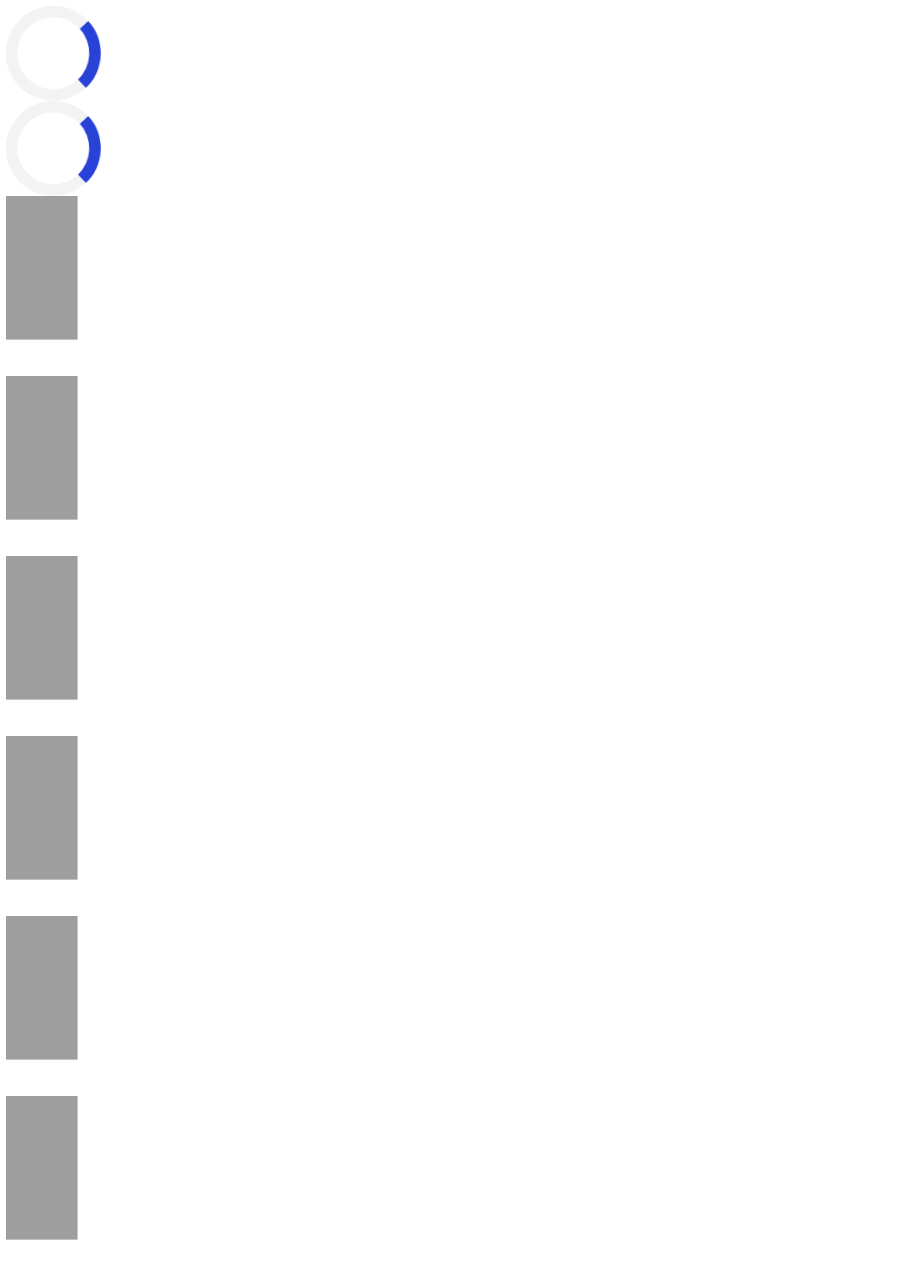
Repository: 1166544/c-toural
Page: packages/test.html
The author's editor kept a copy of each file at every save. The page is drawn from the files as they stood at one save, then again after the next save.
The browser window is 1280 px wide. The pictures show the whole page, at 72% of full size.
Pictures or frames that could not be fetched are drawn as grey boxes.

Above is the page before, as saved 2021-01-04 11:23:23.

### packages/test.html
<!DOCTYPE html>

<head>
    <meta charset="UTF-8">
    <title>xxds</title>
    <style>
        .image-item {
            display: block;
            margin-bottom: 50px;
            height: 200px;
            width: 100px;
        }
        .rotate-animate {
            border: 16px solid #f3f3f3;
            border-radius: 50%;
            border-top: 16px solid #2842d8;
            width: 100px;
            height: 100px;
            animation: rotate 2s linear infinite;
        }
        .rotate-animate .fill-color {
            margin-left: 20px;
            border-color: #2842d8 #d1b516 #cf4928 #27c965;
        }
        @keyframes rotate {
            0% {
                transform: rotate(0deg);
            }
            100% {
                transform: rotate(100deg);
            }
        }
    </style>
</head>

<body>
    <div class="rotate-animate"></div>
    <div class="rotate-animate fill-color"></div>
    <img src="" class="image-item" lazyload="true" data-original="https://box.bdimg.com/static/fisp_static/common/img/searchbox/logo_news_276_88_1f9876a.png">
    <img src="" class="image-item" lazyload="true" data-original="https://box.bdimg.com/static/fisp_static/common/img/searchbox/logo_news_276_88_1f9876a.png">
    <img src="" class="image-item" lazyload="true" data-original="https://box.bdimg.com/static/fisp_static/common/img/searchbox/logo_news_276_88_1f9876a.png">
    <img src="" class="image-item" lazyload="true" data-original="https://box.bdimg.com/static/fisp_static/common/img/searchbox/logo_news_276_88_1f9876a.png">
    <img src="" class="image-item" lazyload="true" data-original="https://box.bdimg.com/static/fisp_static/common/img/searchbox/logo_news_276_88_1f9876a.png">
    <img src="" class="image-item" lazyload="true" data-original="https://box.bdimg.com/static/fisp_static/common/img/searchbox/logo_news_276_88_1f9876a.png">
    <script>
        // 获取可视区高度
        var viewHeight = document.documentElement.clientHeight;

        function lazyload() {
            var eles = document.querySelectorAll('img[data-original][lazyload]');
            Array.prototype.forEach.call(eles, function(item, index) {
                var rect;
                if (item.dataset.original) {
                    // 用户获得页面中某个元素左、上、右、下分别相关浏览器视窗的位置
                    rect = item.getBoundingClientRect();

                    if (rect.bottom >= 0 && rect.top < viewHeight) {
                        var img = new Image();
                        img.src = item.dataset.original;
                        img.onload = function() {
                                item.src = img.src;
                            }
                            // 移除属性，下次不再遍历
                        item.removeAttribute('data-original');
                        item.removeAttribute('lazyload');
                    }
                }

            });
        }

        // 开始未滚动时，要先触发一次，初始化首页页面图片
        lazyload();
        document.addEventListener('scroll', lazyload);
    </script>
</body>

</html>

After the next save:
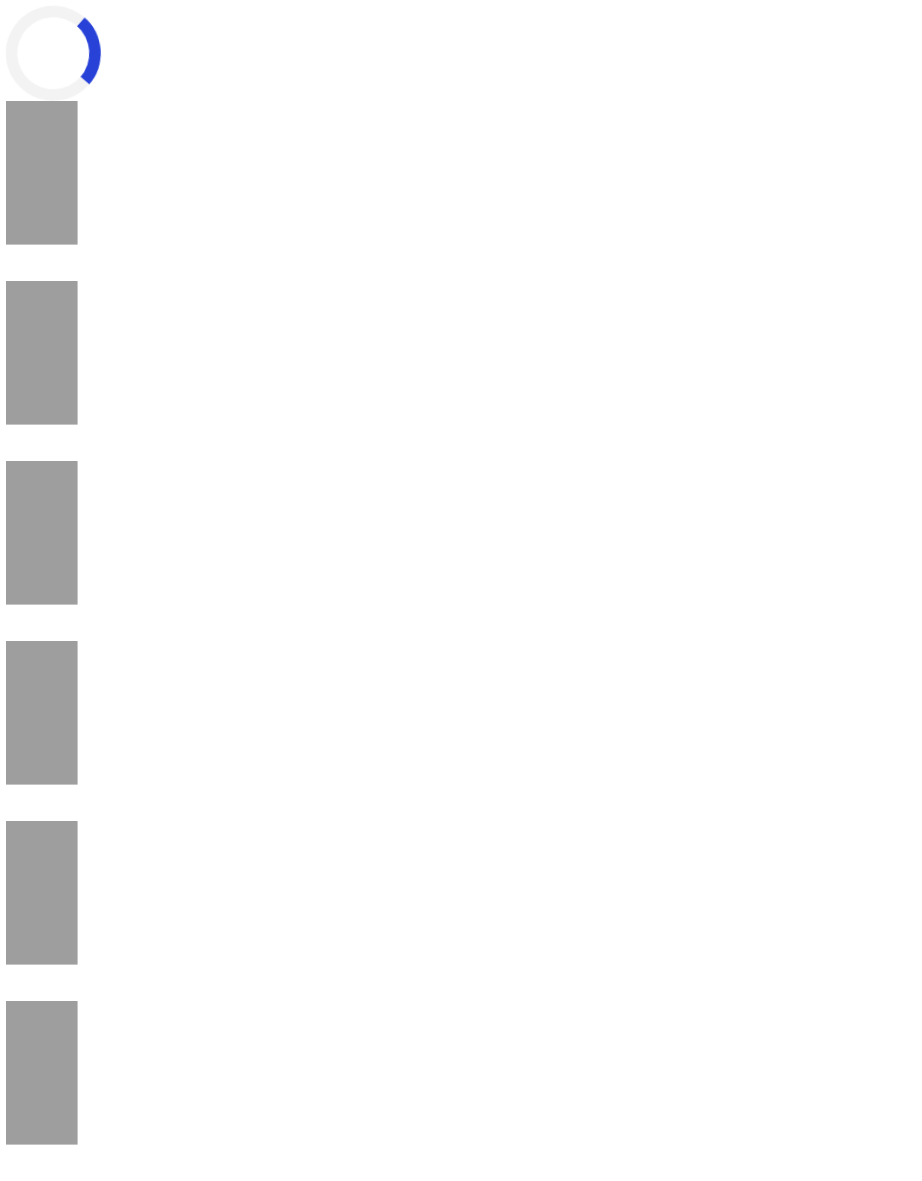
Saved 31 s later.
--- a/packages/test.html
+++ b/packages/test.html
@@ -35,7 +35,7 @@
 
 <body>
     <div class="rotate-animate"></div>
-    <div class="rotate-animate fill-color"></div>
+    <!-- <div class="rotate-animate fill-color"></div> -->
     <img src="" class="image-item" lazyload="true" data-original="https://box.bdimg.com/static/fisp_static/common/img/searchbox/logo_news_276_88_1f9876a.png">
     <img src="" class="image-item" lazyload="true" data-original="https://box.bdimg.com/static/fisp_static/common/img/searchbox/logo_news_276_88_1f9876a.png">
     <img src="" class="image-item" lazyload="true" data-original="https://box.bdimg.com/static/fisp_static/common/img/searchbox/logo_news_276_88_1f9876a.png">
